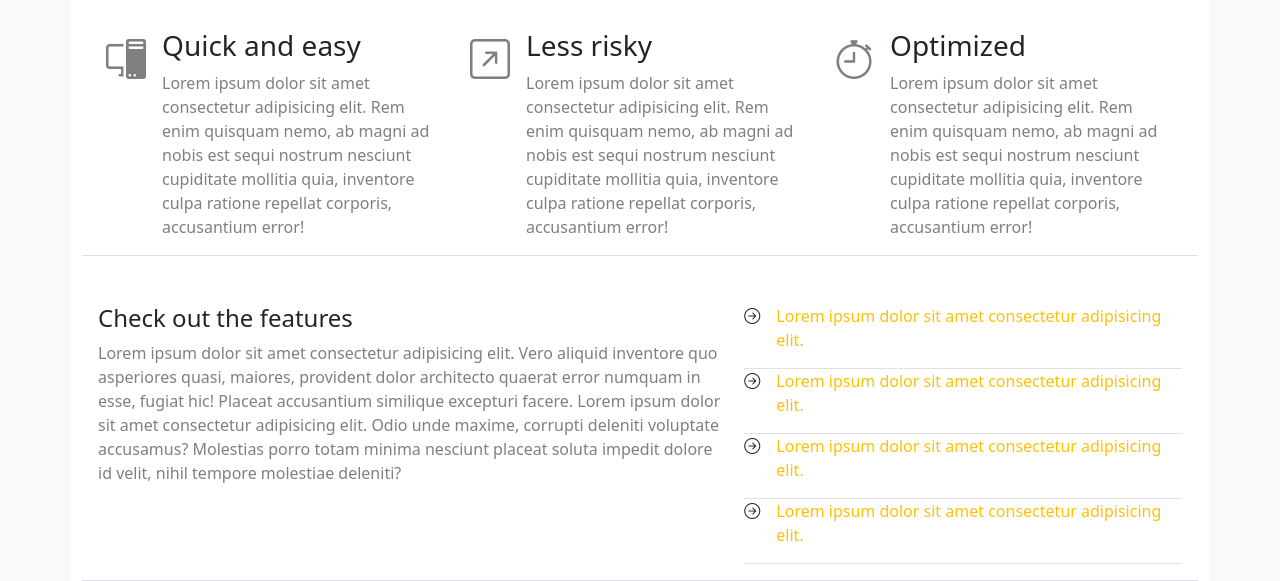
Repository: lyvandat/dh---bootstrap1
Page: index.html
An editor plug-in stored every save of this project. The page is shown before and after the next save, followed by the edit.
The browser window is 1280 px wide. The pictures show the part of the page from y = 545 to 1190 px (the page is 1126 px tall before and 1190 px after).
A picture or video elsewhere on the page could not be fetched, so the positions and the page height are approximate. Some web libraries are served in a nearby version.

Above is the page before, as saved 2022-11-01 21:00:29.

### index.html
<!DOCTYPE html>
<html lang="en">
  <head>
    <!-- Required meta tags -->
    <meta charset="utf-8" />
    <meta name="viewport" content="width=device-width, initial-scale=1" />

    <!-- Bootstrap CSS -->
    <link
      href="https://cdn.jsdelivr.net/npm/bootstrap@5.0.2/dist/css/bootstrap.min.css"
      rel="stylesheet"
      integrity="sha384-EVSTQN3/azprG1Anm3QDgpJLIm9Nao0Yz1ztcQTwFspd3yD65VohhpuuCOmLASjC"
      crossorigin="anonymous"
    />
    <link
      rel="stylesheet"
      href="https://cdn.jsdelivr.net/npm/bootstrap-icons@1.9.1/font/bootstrap-icons.css"
    />
    <link rel="stylesheet" href="./default.css">
    <title>Hello, world!</title>
  </head>
  <body class="bg-light">
    <div class="container bg-white">
      <section
        class="container align-items-center bg-white border-bottom border-gray py-4"
      >
        <div class="row px-0">
          <div class="col-2 d-inline-flex">
            <i class="bi bi-activity fs-3"></i>
            <h2>Target</h2>
          </div>
          <div class="col-6 d-flex align-items-center">
            <div class="text-gray font-style-italic text-black-50">
              Premium landing page templates
            </div>
          </div>
          <div class="col-3 d-flex align-items-center">
            <h3 class="fs-5">Call Now!: 1-800-123-456</h3>
          </div>
        </div>
      </section>

      <!-- intro -->
      <div class="border-bottom border-gray">
      <section class="px-3 row mt-5 d-flex align-items-stretch border-bottom border-gray pb-5">
        <div class="col-6 d-flex flex-column justify-content-between">
          <h2>The perfect way to convert your traffic into sales</h2>
          <article class="text-black-50">
            Lorem ipsum dolor sit amet consectetur adipisicing elit. Incidunt
            voluptatibus non itaque, ut aperiam necessitatibus rem impedit
            cupiditate. Eius perferendis ipsam impedit deserunt repellat
            reiciendis, error ducimus eum ratione iusto.
            <br></br>
            cupiditate. Eius perferendis ipsam impedit deserunt repellat
            reiciendis, error ducimus eum ratione iusto.
          </article>
          <div class="d-flex justify-content-center align-items-center mt-4">
            <button
              class="btn rounded-pill bg-warning bg-gradient border border-black fs-3"
            >
              Purchase now
            </button>
            <span class="d-block mx-4 fw-bold fs-6">Or</span>
            <button
              class="btn rounded-pill bg-light bg-gradient border border-black fs-3"
            >
              Take a tour
            </button>
          </div>
        </div>
        <div class="col-6">
          <img
            class="mw-100 img"
            src="https://images.unsplash.com/photo-1448375240586-882707db888b?ixlib=rb-4.0.3&ixid=MnwxMjA3fDB8MHxwaG90by1wYWdlfHx8fGVufDB8fHx8&auto=format&fit=crop&w=1170&q=80"
          />
        </div>
      </section>
    </div>

      <div class="border-bottom border-gray">
      <section class="px-4 row text-black-50 mt-5">
        <div class="col-4 d-flex align-items-start">
          <i class="bi bi-pc-display fs-1"></i>
          <div class="ms-3">
            <h3 class="text-dark">Quick and easy</h3>
            <p class="fw-medium">Lorem ipsum dolor sit amet consectetur adipisicing elit. Rem enim quisquam nemo, ab magni ad nobis est sequi nostrum nesciunt cupiditate mollitia quia, inventore culpa ratione repellat corporis, accusantium error!</p>
          </div>
        </div>
        <div class="col-4 d-flex align-items-start">
          <i class="bi bi-arrow-up-right-square fs-1"></i>
          <div class="ms-3">
            <h3 class="text-dark">Less risky</h3>
            <p class="fw-medium">Lorem ipsum dolor sit amet consectetur adipisicing elit. Rem enim quisquam nemo, ab magni ad nobis est sequi nostrum nesciunt cupiditate mollitia quia, inventore culpa ratione repellat corporis, accusantium error!</p>
          </div>
        </div>
        <div class="col-4 d-flex align-items-start ">
          <i class="bi bi-stopwatch fs-1"></i>
          <div class="ms-3">
            <h3 class="text-dark">Optimized</h3>
            <p class="fw-medium">Lorem ipsum dolor sit amet consectetur adipisicing elit. Rem enim quisquam nemo, ab magni ad nobis est sequi nostrum nesciunt cupiditate mollitia quia, inventore culpa ratione repellat corporis, accusantium error!</p>
          </div>
        </div>
      </section>
    </div>
    <div class="border-bottom border-gray mt-5">
      <section class="row px-3 ">
        <div class="col-7"><h4>Check out the features</h4><p class="text-black-50 fw-medium">Lorem ipsum dolor sit amet consectetur adipisicing elit. Vero aliquid inventore quo asperiores quasi, maiores, provident dolor architecto quaerat error numquam in esse, fugiat hic! Placeat accusantium similique excepturi facere. Lorem ipsum dolor sit amet consectetur adipisicing elit. Odio unde maxime, corrupti deleniti voluptate accusamus? Molestias porro totam minima nesciunt placeat soluta impedit dolore id velit, nihil tempore molestiae deleniti?</p></div>
        <ul class="col-5">
          <li class="fs-6 d-flex border-bottom border-gray">
            <i class="bi bi-arrow-right-circle"></i>
            <p class="text-warning ms-3">Lorem ipsum dolor sit amet consectetur adipisicing elit.</p>
          </li>
          <li class="fs-6 d-flex border-bottom border-gray">
            <i class="bi bi-arrow-right-circle"></i>
            <p class="text-warning ms-3">Lorem ipsum dolor sit amet consectetur adipisicing elit.</p>
          </li>
          <li class="fs-6 d-flex border-bottom border-gray">
            <i class="bi bi-arrow-right-circle"></i>
            <p class="text-warning ms-3">Lorem ipsum dolor sit amet consectetur adipisicing elit.</p>
          </li>
          <li class="fs-6 d-flex border-bottom border-gray">
            <i class="bi bi-arrow-right-circle"></i>
            <p class="text-warning ms-3">Lorem ipsum dolor sit amet consectetur adipisicing elit.</p>
          </li>
        </ul>
      </section>
    </div>
    </div>



    <!-- Option 1: Bootstrap Bundle with Popper -->
    <script
      src="https://cdn.jsdelivr.net/npm/bootstrap@5.0.2/dist/js/bootstrap.bundle.min.js"
      integrity="sha384-MrcW6ZMFYlzcLA8Nl+NtUVF0sA7MsXsP1UyJoMp4YLEuNSfAP+JcXn/tWtIaxVXM"
      crossorigin="anonymous"
    ></script>
  </body>
</html>

Loaded but not shown: default.css (empty)

After the next save:
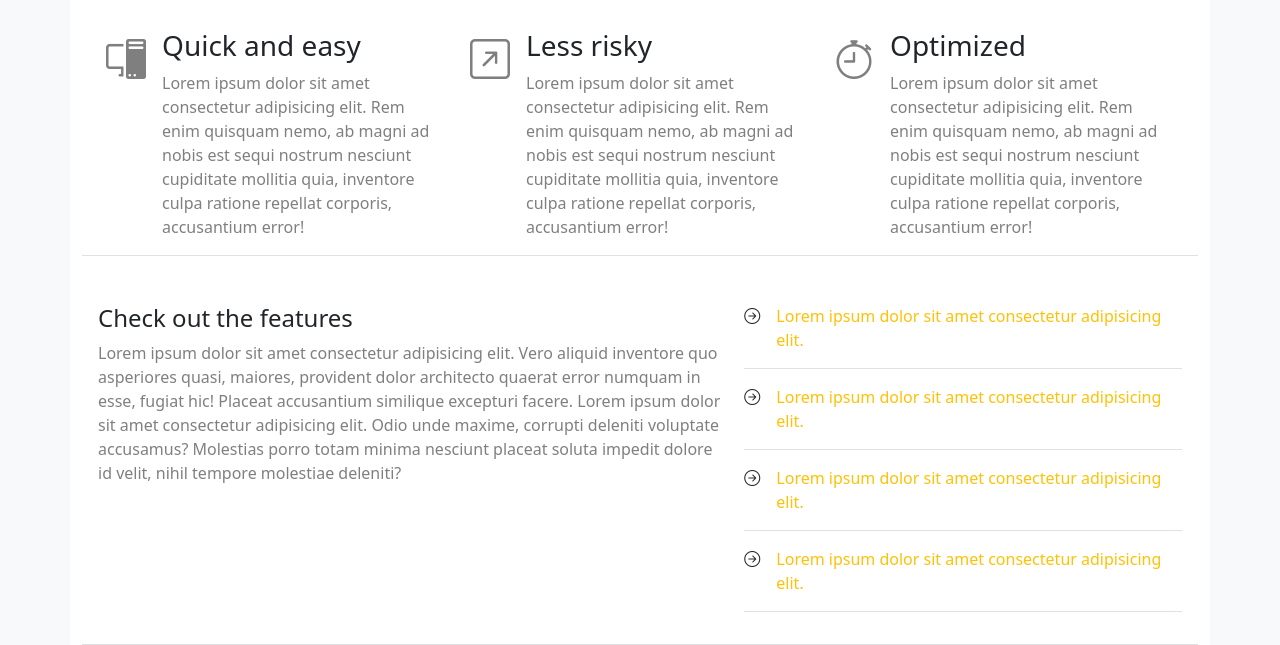
Saved 10 s later.
--- a/index.html
+++ b/index.html
@@ -106,19 +106,19 @@
       <section class="row px-3 ">
         <div class="col-7"><h4>Check out the features</h4><p class="text-black-50 fw-medium">Lorem ipsum dolor sit amet consectetur adipisicing elit. Vero aliquid inventore quo asperiores quasi, maiores, provident dolor architecto quaerat error numquam in esse, fugiat hic! Placeat accusantium similique excepturi facere. Lorem ipsum dolor sit amet consectetur adipisicing elit. Odio unde maxime, corrupti deleniti voluptate accusamus? Molestias porro totam minima nesciunt placeat soluta impedit dolore id velit, nihil tempore molestiae deleniti?</p></div>
         <ul class="col-5">
-          <li class="fs-6 d-flex border-bottom border-gray">
+          <li class="fs-6 d-flex border-bottom border-gray mb-3">
             <i class="bi bi-arrow-right-circle"></i>
             <p class="text-warning ms-3">Lorem ipsum dolor sit amet consectetur adipisicing elit.</p>
           </li>
-          <li class="fs-6 d-flex border-bottom border-gray">
+          <li class="fs-6 d-flex border-bottom border-gray mb-3">
             <i class="bi bi-arrow-right-circle"></i>
             <p class="text-warning ms-3">Lorem ipsum dolor sit amet consectetur adipisicing elit.</p>
           </li>
-          <li class="fs-6 d-flex border-bottom border-gray">
+          <li class="fs-6 d-flex border-bottom border-gray mb-3">
             <i class="bi bi-arrow-right-circle"></i>
             <p class="text-warning ms-3">Lorem ipsum dolor sit amet consectetur adipisicing elit.</p>
           </li>
-          <li class="fs-6 d-flex border-bottom border-gray">
+          <li class="fs-6 d-flex border-bottom border-gray mb-3">
             <i class="bi bi-arrow-right-circle"></i>
             <p class="text-warning ms-3">Lorem ipsum dolor sit amet consectetur adipisicing elit.</p>
           </li>
